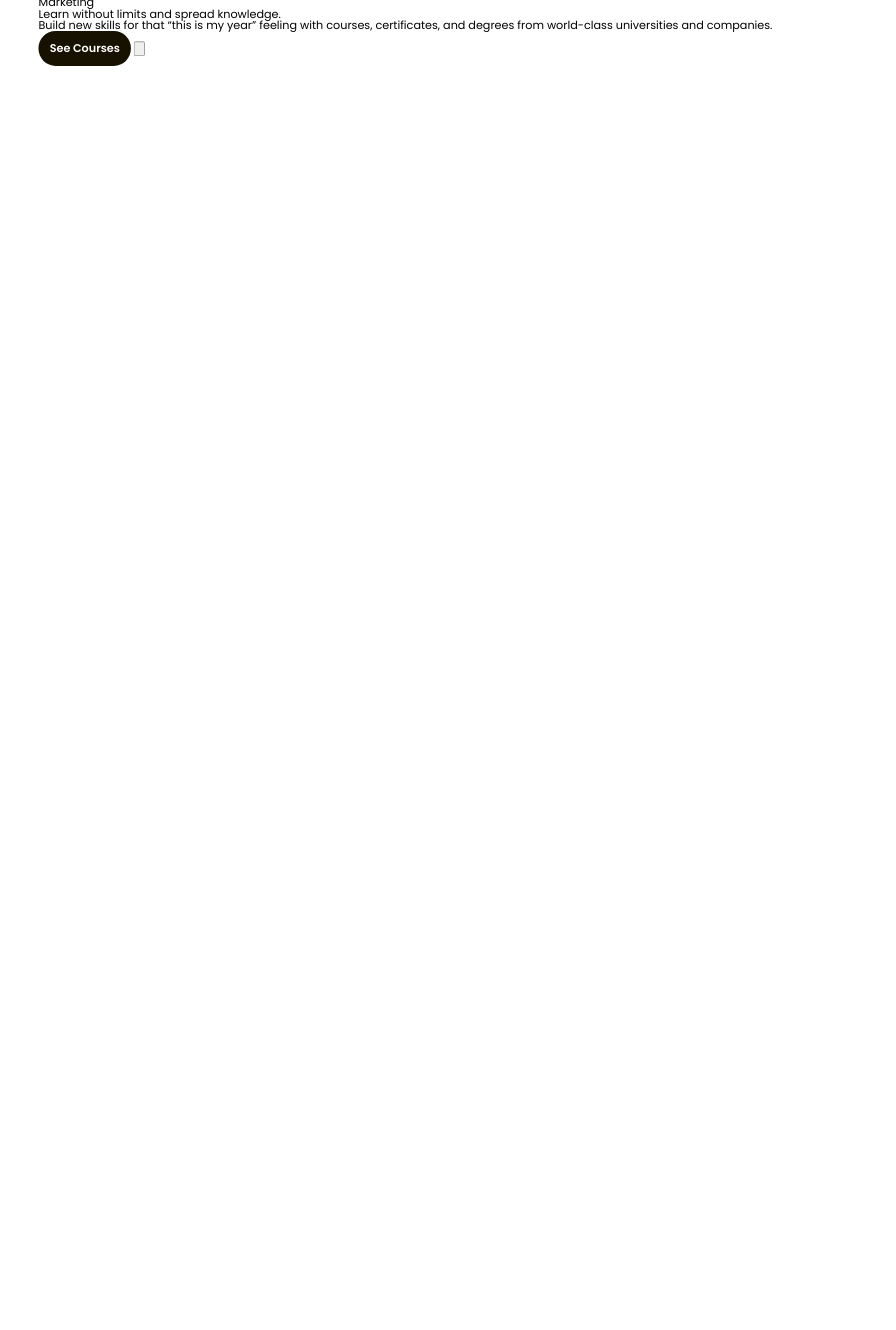
Repository: vancong171001/f8-html-css-02
Page: index.html
An editor plug-in stored every save of this project. The page is shown before and after a run of saves, followed by the edit.
The browser window is 1280 px wide. The pictures show the part of the page from y = 1223 to 3123 px (the page is 5000 px tall), at 70% of full size.
A picture or video elsewhere on the page could not be fetched, so the positions and the page height are approximate.

Above is the page before, as saved 2025-03-06 13:09:20.

### index.html
<!DOCTYPE html>
<html lang="en">
  <head>
    <meta charset="UTF-8" />
    <meta name="viewport" content="width=device-width, initial-scale=1.0" />
    <title>F8 Project 02</title>
    <!-- Reset CSS -->
    <link rel="stylesheet" href="./assets/css/reset.css" />

    <!-- Embed fonts -->
    <link rel="preconnect" href="https://fonts.googleapis.com" />
    <link rel="preconnect" href="https://fonts.gstatic.com" crossorigin />
    <link
      href="https://fonts.googleapis.com/css2?family=Poppins:ital,wght@0,400;0,500;0,600;0,700;1,400&family=Sen:wght@700&display=swap"
      rel="stylesheet"
    />

    <!-- Style CSS -->
    <link rel="stylesheet" href="assets/css/style.css" />
  </head>
  <body>
    <main style="height: 5000px">
      <!-- Header -->
      <header class="header fixed">
        <div class="main-content">
          <div class="body">
            <!-- Logo -->
            <img src="./assets/img/logo.svg" alt="Lesson" class="logo" />

            <!-- Nav -->
            <nav class="nav">
              <ul>
                <li class="active">
                  <a href="#!">Home</a>
                </li>
                <li>
                  <a href="#!">Courses</a>
                </li>
                <li>
                  <a href="#!">Pricing</a>
                </li>
                <li>
                  <a href="#!">Reviews</a>
                </li>
              </ul>
            </nav>

            <!-- Action -->
            <div class="action">
              <a href="#!" class="btn sign-up-btn">Sign Up</a>
            </div>
          </div>
        </div>
      </header>

      <!-- Hero -->
      <div class="hero">
        <div class="main-content">
          <div class="body">
            <!-- Hero left -->
            <div class="media-block">
              <img
                src="./assets/img/hero-img.jpg"
                alt="Learn without limits and spread knowledge."
                class="img"
              />

              <div class="hero-summary">
                <div class="item">
                  <div class="icon">
                    <img src="./assets/icon/list.svg" alt="" />
                  </div>
                  <div class="info">
                    <p class="lable">20 Courses</p>
                    <p class="title">UI/UX Design</p>
                  </div>
                </div>
                <div class="item">
                  <div class="icon">
                    <img src="./assets/icon/code.svg" alt="" />
                  </div>
                  <div class="info">
                    <p class="lable">20 Courses</p>
                    <p class="title">Development</p>
                  </div>
                </div>
                <div class="item">
                  <div class="icon">
                    <img src="./assets/icon/speaker.svg" alt="" />
                  </div>
                  <div class="info">
                    <p class="lable">30 Courses</p>
                    <p class="title">Marketing</p>
                  </div>
                </div>
              </div>
            </div>

            <!-- Hero right -->
            <div class="content-block">
              <h1 class="heading">
                Learn without limits and spread knowledge.
              </h1>
              <p class="desc">
                Build new skills for that “this is my year” feeling with
                courses, certificates, and degrees from world-class universities
                and companies.
              </p>
              <div class="cta-group">
                <a href="#!" class="btn">See Courses</a>
                <button class="watch-vifro">
                  <div class="icon">
                    <img src="" alt="">
                  </div>

                </button>
              </div>
            </div>
          </div>
        </div>
      </div>
    </main>
  </body>
</html>

### assets/css/style.css
* {
  box-sizing: border-box;
}

html {
  font-size: 62.5%;
}

body {
  font-size: 1.6rem;
  font-family: "Poppins", sans-serif;
}

/* ========== Common ========= */
a {
  text-decoration: none;
}

.btn {
  display: inline-block;
  min-width: 118px;
  padding: 0 16px;
  line-height: 50px;
  color: #fff;
  text-align: center;
  font-size: 1.6rem;
  font-weight: 600;
  border-radius: 24.5px;
  background: #171100;
}

.main-content {
  width: 1170px;
  max-width: calc(100% - 48px);
  margin-left: auto;
  margin-right: auto;
}

/* ========== Header ========= */
.header {
  background: #fffcf4;
}

.header .fixed {
  position: sticky;
  top: -28px;
}

.header .body {
  display: flex;
  align-items: center;
  padding: 36px 0 8px;
}

.nav {
  margin-left: auto;
}

.nav ul {
  display: flex;
}

.nav a {
  position: relative;
  padding: 8px 21px;
  color: #5f5b53;
  font-size: 1.6rem;
}

.nav a:hover,
.nav li.active a {
  /* font-weight: 600; */
  text-shadow: 1px 0 0 currentColor;
  color: #171100;
}

.nav li.active a::after {
  content: "";
  position: absolute;
  left: 21px;
  bottom: 6px;
  display: block;
  width: 12px;
  height: 2px;
  border-radius: 1px;
  background: #171100;
}

.header .sign-up-btn {
  min-width: 144px;
}

.header .action {
  margin-left: 49px;
}

Loaded but not shown: assets/css/reset.css (common file)

After the next 2 saves:
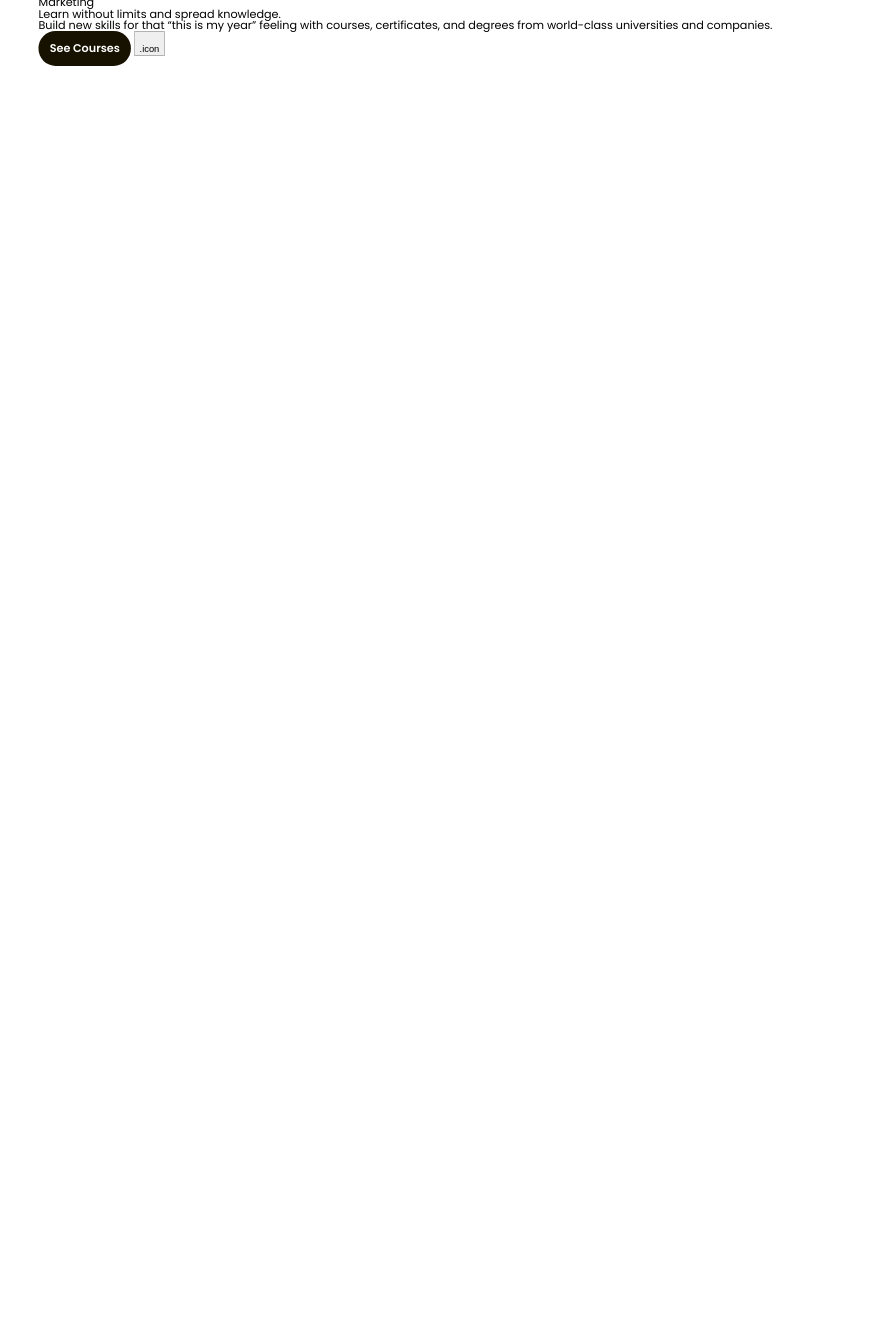
The 2 saves are shown as one change because they came seconds apart.
The last was saved 9 s later.
--- a/index.html
+++ b/index.html
@@ -112,7 +112,7 @@
                   <div class="icon">
                     <img src="" alt="">
                   </div>
-
+                  .icon
                 </button>
               </div>
             </div>
